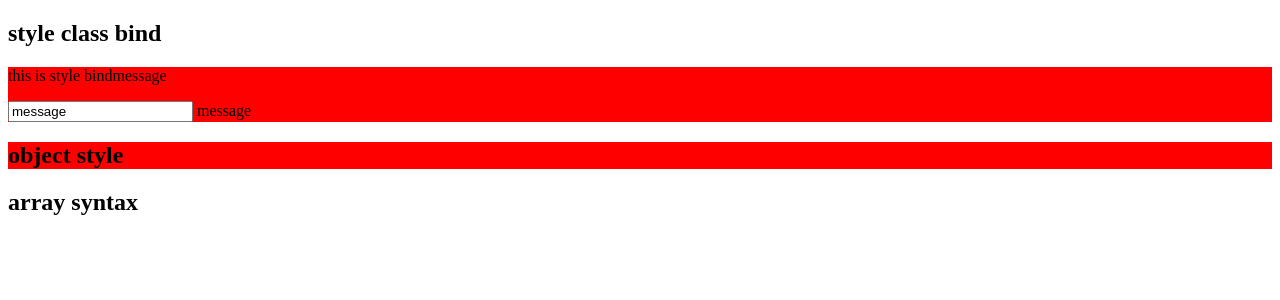
Repository: MeghaNagari/PracticeAtVMC
Page: Practice/VuePractice/WebContent/ClassStyleBind.html
An editor plug-in stored every save of this project. The page is shown before and after the next save, followed by the edit.
The browser window is 1280 px wide. The pictures show the whole page.
Some web libraries are served in a nearby version.

Above is the page before, as saved 2018-03-19 18:07:39.

After the next save:
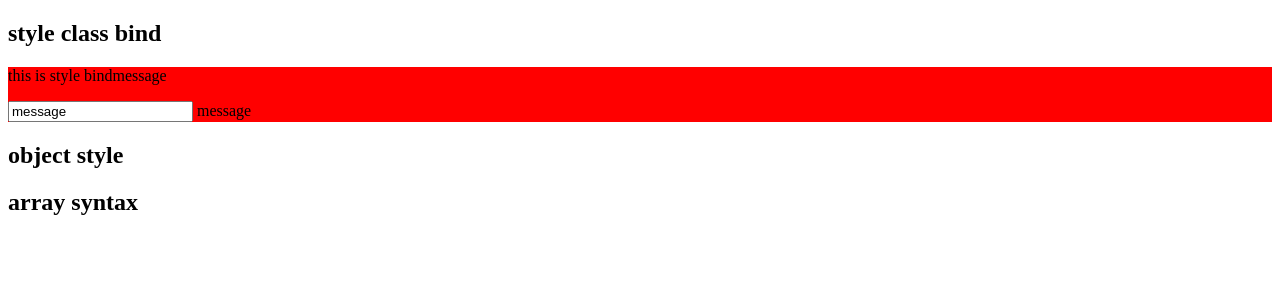
Saved 107 s later.
--- a/Practice/VuePractice/WebContent/ClassStyleBind.html
+++ b/Practice/VuePractice/WebContent/ClassStyleBind.html
@@ -29,8 +29,8 @@
 {{msg}}
 </div>
 </div>
-<div id="test2">
-
+<div id="test2"></div>
+<div id="test3">
 <div v-bind:class="classObject">
 <h2>object style</h2>
 </div>
@@ -78,4 +78,22 @@ data: {
 </script>
 
 
+<script>
+
+new Vue({
+
+	el:"#test3",
+	data: {
+		  activeClass: 'active',
+		  errorClass: 'text-danger'
+		}
+
+
+})
+
+
+
+</script>
+
+
 </html>
